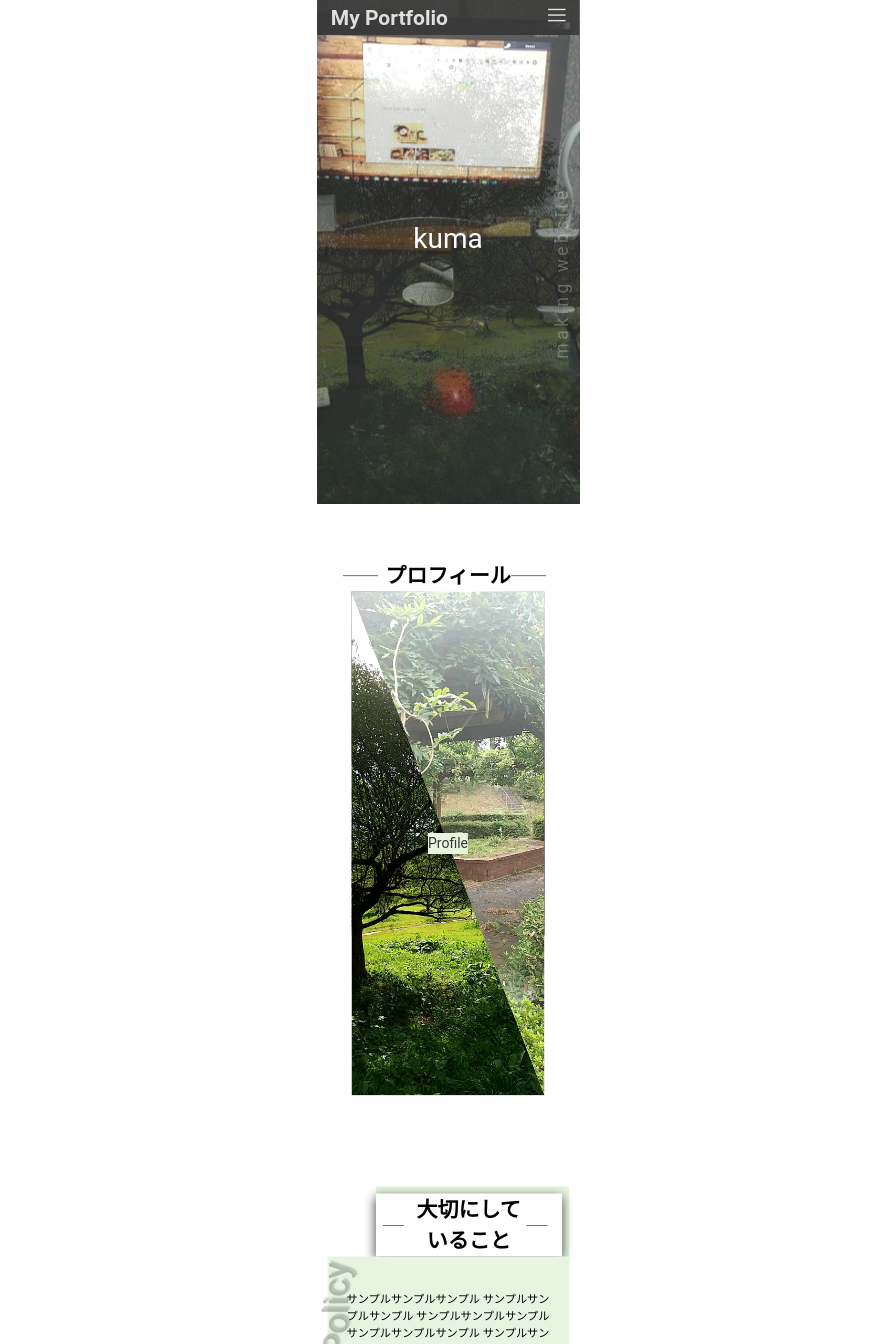
Repository: ppmp556/portfolio6
Page: index copy.html
An editor plug-in stored every save of this project. The page is shown before and after the next save, followed by the edit.
The browser window is 1280 px wide. The pictures show the part of the page from y = 0 to 1920 px (the page is 4078 px tall), at 70% of full size.
Some web libraries are served in a nearby version. The style sheet was rebuilt from its Sass, Less or Tailwind sources for each picture, by a compiler version that may differ from the author's.

Above is the page before, as saved 2020-10-22 16:21:50.

### index copy.html
<!DOCTYPE html>
<html ja>
  <head>
    <meta charset="utf-8" />
    <meta
      name="viewport"
      content="width=device-width, initial-scale=1.0, maximum-scale=1.0, minimum-scale=1.0"
    />
    <title>ポートフォリオ</title>
    <link rel="stylesheet" href="css/faundation.css" />
    <link rel="stylesheet" href="css/main.css" />
    <link
      href="https://use.fontawesome.com/releases/v5.6.1/css/all.css"
      rel="stylesheet"
    />
    <script src="https://ajax.googleapis.com/ajax/libs/jquery/3.4.1/jquery.min.js"></script>
  </head>

  <body>
    <div class="container">

      <div class="kv" id="kv_slide">
        <div class="kv_container">
          <img src="images/道.jpg" alt="" class="kv_img">
          <img src="images/仕事場.jpg" alt="" class="kv_img">
          <img src="images/木.jpg" alt="" class="kv_img">



          <!-- <div class="kv_wrapper line"> -->
            <div class="kv_txtbox">

              <p class="kv_ttl">
                kuma
                  <!-- ポートフォリオ<span class="line_type">|</span> -->
              </p><!-- /.kv_animetype -->
              <p class="kv_txt line line_type">making website</p><!-- /.kv_txt -->

            <!-- </div> -->
            </div><!-- /.kv_txtbox -->
          <!-- /.kv_wrapper -->
        </div><!-- /.kv_container -->
      </div>
      <!-- /#kv.kv -->

      <header class="header" id="top">
        <div class="header_inner flex">
          <h1 class="header_ttl"><a href="index.html">My Portfolio</a></h1>
          <!-- /.header_ttl -->

          <nav class="nav">
            <!-- ハンバーガーメニュー部分 -->

            <div class="nav_ham" id="nav_toggle">
              <span class="nav_line tg1"></span>
              <span class="nav_line tg2"></span>
              <span class="nav_line tg3"></span>
            </div>
            <!-- ハンバーガーメニューここまで -->

            <ul class="nav_list flex">
              <div class="nav_inner">
                <li class="nav_item">
                  <a href="#Top" class="nav_link">TOP</a>
                </li>
                <!-- /.nav_item -->
                <li class="nav_item">
                  <a href="#about" class="nav_link">Profile</a>
                </li>
                <!-- /.nav_item -->
                <li class="nav_item">
                  <a href="#skill" class="nav_link">Skill</a>
                </li>
                <!-- /.nav_item -->
                <li class="nav_item">
                  <a href="#blog" class="nav_link">Blog</a>
                </li>
                <!-- /.nav_item -->
                <li class="nav_item">
                  <a href="#create" class="nav_link">Create</a>
                </li>
                <!-- /.nav_item -->
              </div><!-- /.nav_inner -->
            </ul>
            <!-- /.nav_list -->
          </nav>
          <!-- /.nav -->
        </div><!-- /.header_inner -->
      </header>
      <!-- /.header -->



      <main class="main_container">
        <div class="inner">

          <section class="about" id="about">
            <h2 class="section_ttl">プロフィール</h2>
            <!-- /.section_ttl -->

            <div class="section_inner">
              <p class="about_txt">
                Lorem ipsum dolor sit amet consectetur adipisicing elit. Accusamus laudantium aperiam quis, voluptates nihil asperiores eaque, eligendi quisquam amet animi perspiciatis ex quia inventore maxime, iusto et magni delectus fugit.
              </p><!-- /.about_txt -->

              <div class="about_clip clip1">
                <div class="about_content">
                  <div class="about_imgbox">
                    <img src="images/アイコン.jpg" alt="" class="about_img">
                    <div class="about_share">
                      <a href="" class="about_share_icon">
                        <i class="fab fa-twitter fa-2x share"></i>
                        <p class="about_sharetxt">Twittreアカウント：ぱぺまぺ</p>
                        <!-- /.about_sharetxt --> </a
                      ><!-- /.about_share_icon -->
                        <br>
                      <!-- <a -->
                        <!-- href="https://twitter.com/share" -->
                        <!-- class="twitter_share_button" -->
                        <!-- data-via="webgaku" -->
                        <!-- data-lang="ja" -->
                        <!-- >ツイート</a -->
                      <!-- > -->
                        <!-- <br> -->
                      <a
                        href="https://twitter.com/ppmp65"
                        class="twitter_follow_button"
                        data-show-count="false"
                        data-lang="ja"
                        >@ppmp65さんをフォロー</a
                      >
                    </div>
                    <!-- /.about_share -->
                  </div>
                  <!-- /.about_imgbox -->
                </div>
                <!-- /.about_content -->
              </div><!-- /.about_clip -->


              <div class="about_clip clip2">
                <div class="about_content __aboutblock">
                  <div class="about_imgbox">
                    <img src="/images/IMG_20190603_225315.jpg" alt="" class="about_img">
                  </div><!-- /.about_imgbox -->
                  <p class="about_txt">
                    はじめまして、福島県を拠点に活動するフリーランスエンジニアの熊田といいます。<br />
                  </p>
                  <!-- /.about_txt -->
                </div>
                <!-- /.about_content -->

              </div><!-- /.about_clip -->
            </div>
            <!-- /.section_inner -->
          </section>
          <!-- /#about.about -->



          <section class="policy" id="policy">
            <div class="section_ttlwrap">
              <h2 class="section_ttl">大切にしていること</h2>
            </div><!-- /.section_ttlwrap -->
            <!-- /.section_ttl -->

            <div class="policy_animebox">
              <div class="policy_anime">
                <p class="policy_txt">
                  <!-- 小さなことからコツコツと毎日やる。<br /> -->
                  <!-- 毎日1mmでもいいから前にすすめる。 -->
                  サンプルサンプルサンプル
                  サンプルサンプルサンプル
                  サンプルサンプルサンプル
                  サンプルサンプルサンプル
                  サンプルサンプルサンプル
                </p>
                <!-- /.policy_txt -->
              </div>
              <!-- /.policy_anime -->
            </div>
            <!-- /.policy_anime -->
          </section>
          <!-- /#policy.policy -->

          <section class="skill" id="skill">
            <div class="scroll_fade_row">
              <h2 class="section_ttl">できること</h2>
              <!-- /.section_ttl -->

              <div class="skill_box">
                <div class="skill_content">


                  <!-- <div class="slide_btn prev"> -->
                    <!-- <i class="fas fa-chevron-circle-left"></i> -->
                  <!-- </div> -->
                  <!-- /.slide_btn -->

                  <div class="skill_inner">
                    <div class="skill_inbox slide active">
                      <i class="skillIcon fas fa-pen"></i>
                      <p class="skill_inboxttl">執筆</p>
                      <!-- /.skill_inboxttl -->
                      <p class="skill_txt">
                        文章を考えるのが好きです<br />
                        ブログ執筆で毎日1000～2000文字程度<br />
                        書いています。<br />
                        ブログは毎日1日1記事更新。
                      </p>
                      <!-- /.skill_txt -->
                    </div>
                    <!-- /.skill_inbox -->

                    <div class="skill_inbox slide active">
                      <i class="fab fa-html5"></i>
                      <i class="fab fa-css3"></i>
                      <i class="fab fa-sass"></i>
                      <p class="skill_inboxttl">コーディング</p>
                      <!-- /.skill_inboxttl -->
                      <p class="skill_txt">
                        独学とプログラミングスクール併用<br />
                        全くの知識ゼロから始めました。<br />
                      </p>
                      <!-- /.skill_txt -->
                    </div>
                    <!-- /.skill_inbox -->

                    <div class="skill_inbox slide active">
                      <i class="fab fa-js"></i>
                      <p class="skill_inboxttl">コーディング</p>
                      <!-- /.skill_inboxttl -->
                      <p class="skill_txt">
                        独学とプログラミングスクール併用<br />
                        全くの知識ゼロから始めました。<br />
                      </p>
                      <!-- /.skill_txt -->
                    </div>
                    <!-- /.skill_inbox -->

                    <div class="skill_inbox slide active">
                      <i class="fab fa-wordpress"></i>
                      <p class="skill_inboxttl">コーディング</p>
                      <!-- /.skill_inboxttl -->
                      <p class="skill_txt">
                        独学とプログラミングスクール併用<br />
                        全くの知識ゼロから始めました。<br />
                      </p>
                      <!-- /.skill_txt -->
                    </div>
                    <!-- /.skill_inbox -->



                    <div class="skill_inbox slide active">
                      <i class="skillIcon fas fa-cog"></i>
                      <p class="skill_inboxttl">執筆</p>
                      <!-- /.skill_inboxttl -->
                      <p class="skill_txt">
                        文章を考えるのが好きです<br />
                        ブログ執筆で毎日1000～2000文字程度<br />
                        書いています。<br />
                        ブログは毎日1日1記事更新。
                      </p>
                      <!-- /.skill_txt -->
                    </div>
                    <!-- /.skill_inbox -->
                  </div>
                  <!-- /.skill_inner -->
                </div>
                <!-- /.skill_content -->
              </div>
              <!-- /.skill_box -->
            </div>
            <!-- /.scroll_fade_row -->
          </section>
          <!-- /#skill.skill -->



          <section class="blog" id="blog">
            <div class="scroll_fade_row">
              <div class="section_ttlwrap">
                <h2 class="section_ttl">ブログ</h2>
                <!-- /.section_ttl -->
              </div><!-- /.section_ttlwrap -->

              <div class="section_inner">
                <h3 class="blog_txt">ぱぺまぺの低年収者のための資産運用計画</h3>
                <!-- /.blog_txt -->

                <div class="blog_imgbox">
                  <a href="https://ppmp556.com"
                    >https://ppmp556.com
                    <img
                      class="blogImg"
                      src="images/invest01.png"
                      alt="ブログ1"
                    />
                  </a>
                </div>
                <!-- /.blog_imgbox -->

                <div class="blog_txtbox">
                  <p class="blog_txt">
                    投資ブログです。<br />
                    資金が少なくてもできる投資や、<br />
                    初心者向けの投資、投資についての考え方や<br />
                    ヒントなどを発信しています。（1日1記事更新）
                  </p>
                  <!-- /.blog_txt -->
                </div>
                <!-- /.blog_txtbox -->
              </div>
              <!-- /.section_inner -->
            </div>
            <!-- /.scroll_fade_row -->
          </section>
          <!-- /#blog.blog -->



          <section class="create" id="create">
            <div class="scroll_fade_row">
              <div class="section_ttlwrap">
                <h2 class="section_ttl">制作物</h2>
                <!-- /.section_ttl -->
              </div><!-- /.section_ttlwrap -->
              <div class="section_inner">
                <div class="create_imgbox">
                  <img src="images/Screenshot_2020-05-28 模写.png" alt="" class="create_img">
                  <p class="create_ttl">ポートフォリオ<br />（このサイト）</p>
                  <!-- /.create_ttl -->

                  <!-- アコーディオンメニュー実装する -->
                </div>
                <!-- /.create_imgbox -->
              </div>
              <!-- /.section_inner -->
            </div>
            <!-- /.scroll_fade_row -->
          </section>
          <!-- /#create.create -->
        </div>
        <!-- /.inner -->
      </main>

      <footer class="footer">
        <ul class="footer_list">
          <li class="footer_nav">
            <a href="" class="footer_link"></a>
          </li>
          <!-- /.footer_nav -->
          <li class="footer_nav">
            <a href="" class="footer_link"></a>
          </li>
          <!-- /.footer_nav -->
          <li class="footer_nav">
            <a href="" class="footer_link"></a>
          </li>
          <!-- /.footer_nav -->
          <li class="footer_nav">
            <a href="" class="footer_link"></a>
          </li>
          <!-- /.footer_nav -->
          <li class="footer_nav">
            <a href="" class="footer_link"></a>
          </li>
          <!-- /.footer_nav -->
        </ul>
        <!-- /.footer_list -->

        <div class="footer_copy">
          <small class="footer_txt">@ copyright</small
          ><!-- /.footer_txt -->
        </div>
        <!-- /.footer_copy -->
      </footer>
      <!-- /.footer -->
    </div>
    <!-- /.container -->

    <!-- <btn id="page-top"><a href="#top">PAGE TOP</a></btn> -->
    <script src="https://code.jquery.com/jquery-3.4.1.js"></script>
    <script src="main.js"></script>
  </body>
</html>

### css/faundation.css
/*
html5doctor.com Reset Stylesheet
v1.6.1
Last Updated: 2010-09-17
Author: Richard Clark - http://richclarkdesign.com
Twitter: @rich_clark
*/

html,
body,
div,
span,
object,
iframe,
h1,
h2,
h3,
h4,
h5,
h6,
p,
blockquote,
pre,
abbr,
address,
cite,
code,
del,
dfn,
em,
img,
ins,
kbd,
q,
samp,
small,
strong,
sub,
sup,
var,
b,
i,
dl,
dt,
dd,
ol,
ul,
li,
fieldset,
form,
label,
legend,
table,
caption,
tbody,
tfoot,
thead,
tr,
th,
td,
article,
aside,
canvas,
details,
figcaption,
figure,
footer,
header,
hgroup,
menu,
nav,
section,
summary,
time,
mark,
audio,
video {
  margin: 0;
  padding: 0;
  border: 0;
  outline: 0;
  font-size: 100%;
  vertical-align: baseline;
  background: transparent;
}

body {
  line-height: 1.5;
}

article,
aside,
details,
figcaption,
figure,
footer,
header,
hgroup,
menu,
nav,
section {
  display: block;
}

nav ul {
  list-style: none;
}

table {
  border-collapse: collapse;
  border-spacing: 0;
}


a {
  color: inherit;
  text-decoration: none;
}


img {
  width: 100%;

  /*画像がはみでるのを防ぐ　max-width*/
  max-width: 100%;
  height: auto;

  vertical-align: bottom;
}

/* h1,h2,h3,h4,h5,h6 { */
/* font-weight: bold; */
/* } */

Loaded but not shown: main.js (227 lines, source omitted); css/main.scss (936 lines, source omitted)

After the next save:
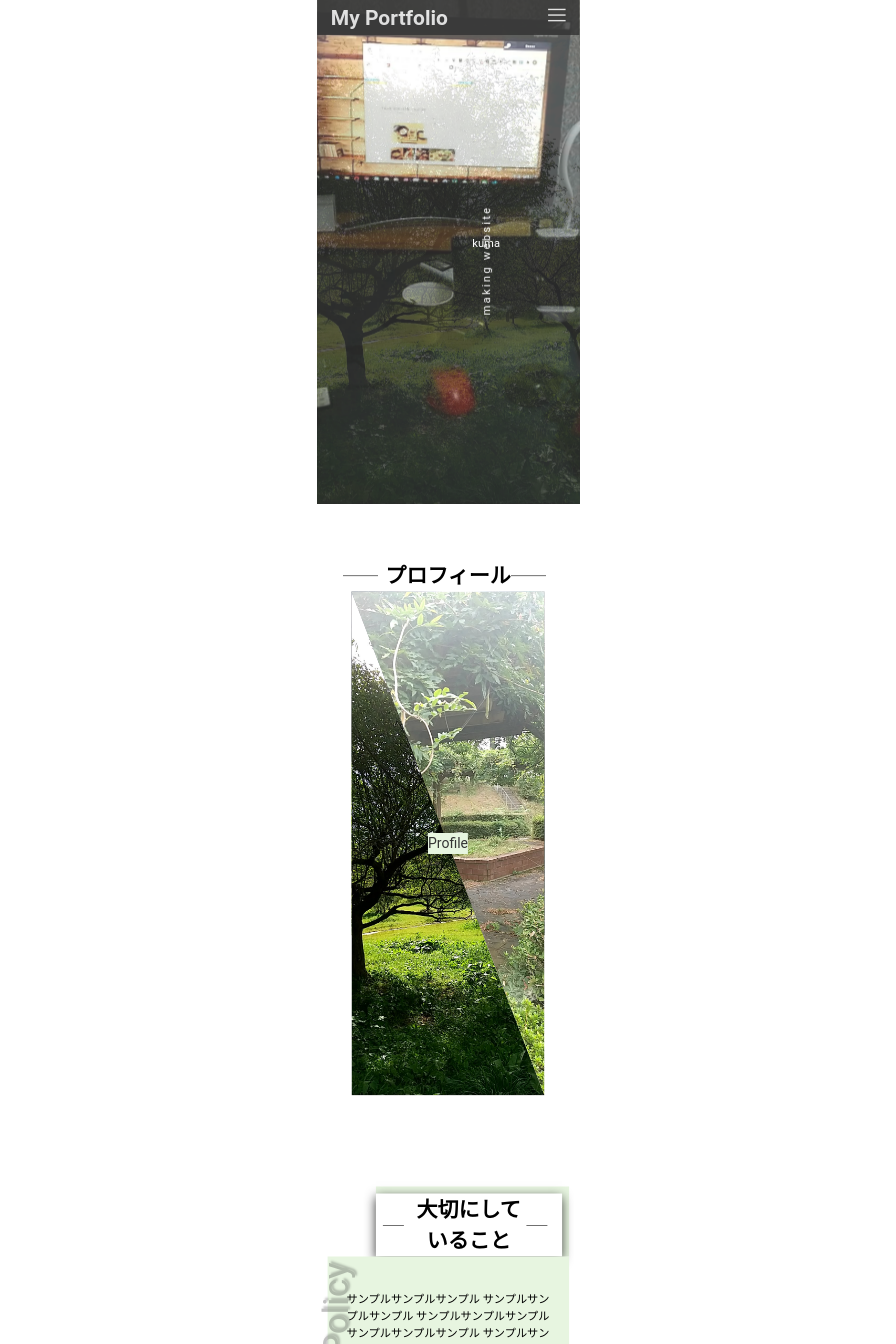
Saved 20 s later.
--- a/index copy.html
+++ b/index copy.html
@@ -30,11 +30,11 @@
           <!-- <div class="kv_wrapper line"> -->
             <div class="kv_txtbox">
 
-              <p class="kv_ttl">
+              <p class="kv_ttl line">
                 kuma
                   <!-- ポートフォリオ<span class="line_type">|</span> -->
               </p><!-- /.kv_animetype -->
-              <p class="kv_txt line line_type">making website</p><!-- /.kv_txt -->
+              <p class="kv_txt line">making website</p><!-- /.kv_txt -->
 
             <!-- </div> -->
             </div><!-- /.kv_txtbox -->
